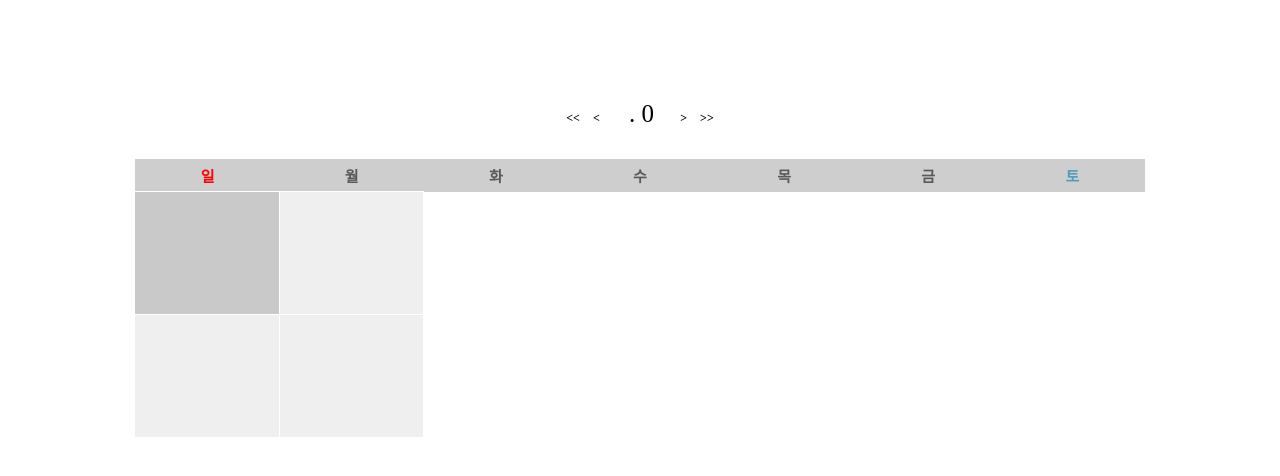
Repository: guddus326/Grass_Farm
Page: http://localhost/Grass_Farm/test.jsp
An editor plug-in stored every save of this project. The page is shown before and after the next save, followed by the edit.
The browser window is 1280 px wide. The pictures show the whole page.
The page is served by Tomcat 9. Other server files are loaded and not shown.

Above is the page before, as saved 2020-11-03 12:16:49.

### Grass_Farm/Grass_Farm/WebContent/test.jsp
<!DOCTYPE html PUBLIC "-//W3C//DTD HTML 4.01 Transitional//EN" "http://www.w3.org/TR/html4/loose.dtd">
<%@page import="java.text.SimpleDateFormat"%>
<%@page import="java.util.Calendar"%>
<%@ page contentType="text/html; charset=utf-8"%>


<html lang="ko">
<head>
	<title>캘린더</title>
	<meta http-equiv="content-type" content="text/html; charset=utf-8">


	<script type="text/javaScript" language="javascript">

	</script>
	<style TYPE="text/css">
		body {
		scrollbar-face-color: #F6F6F6;
		scrollbar-highlight-color: #bbbbbb;
		scrollbar-3dlight-color: #FFFFFF;
		scrollbar-shadow-color: #bbbbbb;
		scrollbar-darkshadow-color: #FFFFFF;
		scrollbar-track-color: #FFFFFF;
		scrollbar-arrow-color: #bbbbbb;
		margin-left:"0px"; margin-right:"0px"; margin-top:"0px"; margin-bottom:"0px";
		}

		td {font-family: "돋움"; font-size: 9pt; color:#595959;}
		th {font-family: "돋움"; font-size: 9pt; color:#000000;}
		select {font-family: "돋움"; font-size: 9pt; color:#595959;}


		.divDotText {
		overflow:hidden;
		text-overflow:ellipsis;
		}

		A:link { font-size:9pt; font-family:"돋움";color:#000000; text-decoration:none; }
		A:visited { font-size:9pt; font-family:"돋움";color:#000000; text-decoration:none; }
		A:active { font-size:9pt; font-family:"돋움";color:red; text-decoration:none; }
		A:hover { font-size:9pt; font-family:"돋움";color:red;text-decoration:none;}
		.day{
			width:100px;
			height:30px;
			font-weight: bold;
			font-size:15px;
			font-weight:bold;
			text-align: center;
		}
		.sat{
			color:#529dbc;
		}
		.sun{
			color:red;
		}
		.today_button_div{
			float: right;
		}
		.today_button{
			width: 100px;
			height:30px;
		}
		.calendar{
			width:80%;
			margin:auto;
		}
		.navigation{
			margin-top:100px;
			margin-bottom:30px;
			text-align: center;
			font-size: 25px;
			vertical-align: middle;
		}
		.calendar_body{
			width:100%;
			background-color: #FFFFFF;
			border:1px solid white;
			margin-bottom: 50px;
			border-collapse: collapse;
		}
		.calendar_body .today{
			border:1px solid white;
			height:120px;
			background-color:#c9c9c9;
			text-align: left;
			vertical-align: top;
		}
		.calendar_body .date{
			font-weight: bold;
			font-size: 15px;
			padding-left: 3px;
			padding-top: 3px;
		}
		.calendar_body .sat_day{
			border:1px solid white;
			height:120px;
			background-color:#EFEFEF;
			text-align:left;
			vertical-align: top;
		}
		.calendar_body .sat_day .sat{
			color: #529dbc;
			font-weight: bold;
			font-size: 15px;
			padding-left: 3px;
			padding-top: 3px;
		}
		.calendar_body .sun_day{
			border:1px solid white;
			height:120px;
			background-color:#EFEFEF;
			text-align: left;
			vertical-align: top;
		}
		.calendar_body .sun_day .sun{
			color: red;
			font-weight: bold;
			font-size: 15px;
			padding-left: 3px;
			padding-top: 3px;
		}
		.calendar_body .normal_day{
			border:1px solid white;
			height:120px;
			background-color:#EFEFEF;
			vertical-align: top;
			text-align: left;
		}
		.before_after_month{
			margin: 10px;
			font-weight: bold;
		}
		.before_after_year{
			font-weight: bold;
		}
		.this_month{
			margin: 10px;
		}
	</style>
</head>
<body>
<form name="calendarFrm" id="calendarFrm" action="" method="GET">

<div class="calendar" >

	<!--날짜 네비게이션  -->
	<div class="navigation">
		<a class="before_after_year" href="./calendar.do?year=${today_info.search_year-1}&month=${today_info.search_month-1}">
			&lt;&lt;
		<!-- 이전해 -->
		</a>
		<a class="before_after_month" href="./calendar.do?year=${today_info.before_year}&month=${today_info.before_month}">
			&lt;
		<!-- 이전달 -->
		</a>
		<span class="this_month">
			&nbsp;${today_info.search_year}.
			<c:if test="${today_info.search_month<10}">0</c:if>${today_info.search_month}
		</span>
		<a class="before_after_month" href="/calendar.do?year=${today_info.after_year}&month=${today_info.after_month}">
		<!-- 다음달 -->
			&gt;
		</a>
		<a class="before_after_year" href="/calendar.do?year=${today_info.search_year+1}&month=${today_info.search_month-1}">
			<!-- 다음해 -->
			&gt;&gt;
		</a>
	</div>

<!-- <div class="today_button_div"> -->
<!-- <input type="button" class="today_button" onclick="javascript:location.href='/calendar.do'" value="go today"/> -->
<!-- </div> -->
<table class="calendar_body">

<thead>
	<tr bgcolor="#CECECE">
		<td class="day sun" >
			일
		</td>
		<td class="day" >
			월
		</td>
		<td class="day" >
			화
		</td>
		<td class="day" >
			수
		</td>
		<td class="day" >
			목
		</td>
		<td class="day" >
			금
		</td>
		<td class="day sat" >
			토
		</td>
	</tr>
</thead>
<tbody>
	<tr>
		<c:forEach var="dateList" items="${dateList}" varStatus="date_status">
			<c:choose>
				<c:when test="${dateList.value=='today'}">
					<td class="today">
						<div class="date">
							${dateList.date}
						</div>
						<div>
						</div>
					</td>
				</c:when>
				<c:when test="${date_status.index%7==6}">
					<td class="sat_day">
						<div class="sat">
							${dateList.date}
						</div>
						<div>
						</div>
					</td>
				</c:when>
				<c:when test="${date_status.index%7==0}">
	</tr>
	<tr>
		<td class="sun_day">
			<div class="sun">
				${dateList.date}
			</div>
			<div>
			</div>
		</td>
				</c:when>
				<c:otherwise>
		<td class="normal_day">
			<div class="date">
				${dateList.date}
			</div>
			<div>

			</div>
		</td>
				</c:otherwise>
			</c:choose>
		</c:forEach>
</tbody>

</table>
</div>
</form>
</body>
</html>

After the next save:
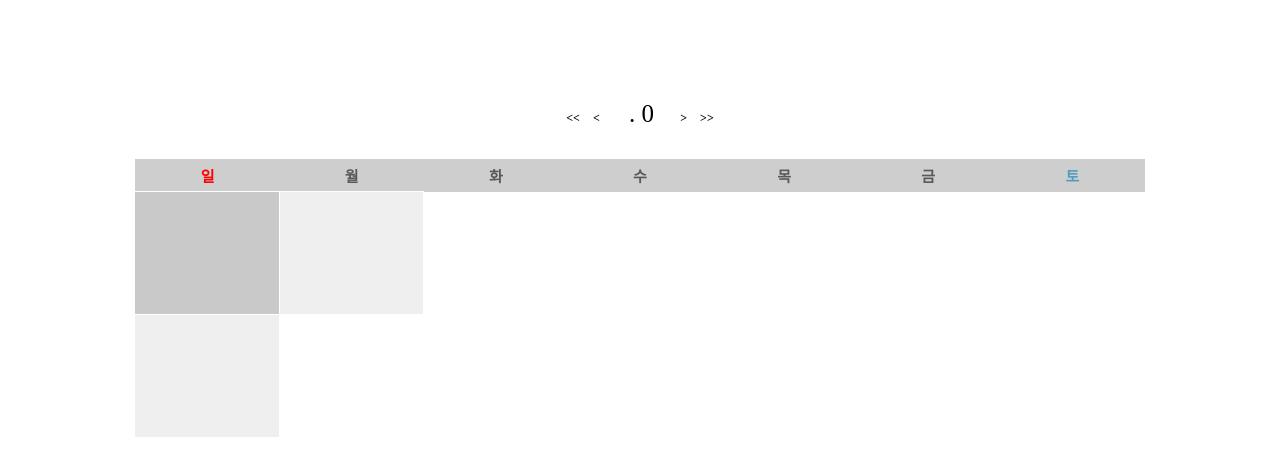
Saved 17 s later.
--- a/Grass_Farm/Grass_Farm/WebContent/test.jsp
+++ b/Grass_Farm/Grass_Farm/WebContent/test.jsp
@@ -119,13 +119,13 @@
 			padding-left: 3px;
 			padding-top: 3px;
 		}
-		.calendar_body .normal_day{
+		/* .calendar_body .normal_day{
 			border:1px solid white;
 			height:120px;
 			background-color:#EFEFEF;
 			vertical-align: top;
 			text-align: left;
-		}
+		} */
 		.before_after_month{
 			margin: 10px;
 			font-weight: bold;
